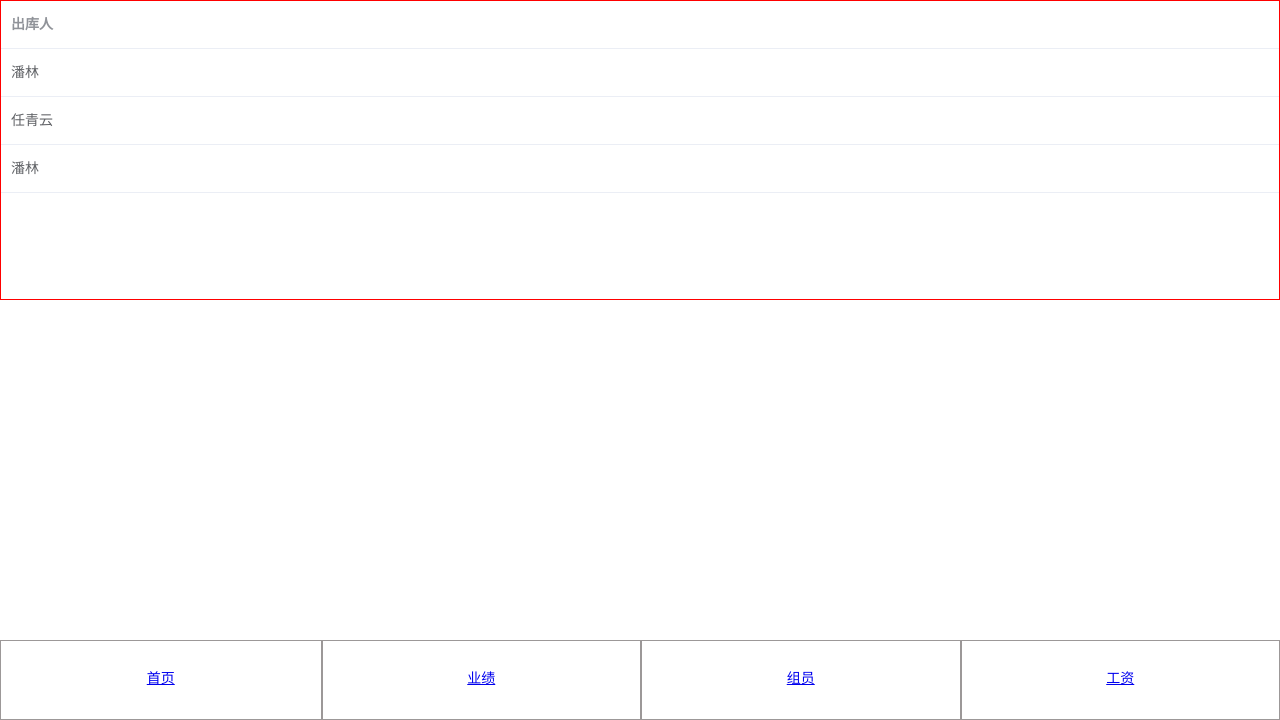
Repository: panlin520-team/lnmj-staffH5
Page: /#/performance
An editor plug-in stored every save of this project. The page is shown before and after a run of saves, followed by the edit.
The browser window is 1280 px wide. The pictures show the whole page.
The project was rebuilt for these pictures with package versions that can differ from the ones it lists, and the page was loaded fresh each time. Also part of the build but not shown: src/views/Lojin.vue.

Above is the page before, as saved 2020-04-08 15:40:38.

### src/main.js
import Vue from 'vue'
import App from './App.vue'
import router from './router'
import store from './store'
import ElementUI from 'element-ui'
import '@/assets/scss/reset.less'
import 'element-ui/lib/theme-chalk/index.css';
Vue.use(ElementUI)


Vue.config.productionTip = false

new Vue({
  router,
  store,
  render: h => h(App)
}).$mount('#app')

### src/App.vue
<template>
  <div id="app">
    <router-view />
  </div>
</template>
<script>
export default {
  data() {
    return {
    };
  },
  created() {},
  methods: {
  }
};
</script>
<style lang="less">
</style>

### src/router/index.js
import Vue from 'vue'
import VueRouter from 'vue-router'
import Lojin from '../views/Lojin.vue'

Vue.use(VueRouter)

const routes = [
  //首页登录
  {
    path: '/',
    name: 'Lojin',
    component: Lojin
  },
  //首页登录
  {
    path: '/Lojin',
    name: 'Lojin',
    component: Lojin
  },
  //用户注册
  {
    path: '/register',
    name: 'Register',
    component: () => import('../views/Register.vue')
  },
  //用户忘记密码
  {
    path: '/forgetpassword',
    name: 'Forgetpassword',
    component: () => import('../views/Forgetpassword.vue')
  },
  //登录首页
  {
    path: '/homepage',
    name: 'Homepage',
    component: () => import('../views/Homepage.vue')
  },
  //业绩
  {
    path: '/performance',
    name: 'Performance',
    component: () => import('../views/Performance.vue')
  },
  //组员
  {
    path: '/crew',
    name: 'Crew',
    component: () => import('../views/Crew.vue')
  },
  //工资
  {
    path: '/salary',
    name: 'Salary',
    component: () => import('../views/Salary.vue')
  },
]

const router = new VueRouter({
  routes
})

export default router

### src/assets/scss/reset.less
* {
  margin: 0;
  padding: 0;
}

div {
  box-sizing: border-box;
  -webkit-tap-highlight-color: rgba(0, 0, 0, 0);
  // -webkit-user-select: none;
}

img {
  border: 0;
}

ul,
ol {
  list-style: none;
}

textarea {
  // 禁止调节文本域尺寸
  resize: none;
  outline-style: none;
  -webkit-appearance: none;
}

input,
button {
  outline-style: none;
  box-sizing: border-box;
  border: none;
}

// 输入框提示文本颜色设置
input::-moz-focus-inner {
  border: 0;
}

input::-webkit-input-placeholder {
  /* WebKit browsers */
  color: #BBB;
}

input::-moz-placeholder {
  /* Mozilla Firefox 19+ */
  color: #BBB;
}

input:-ms-input-placeholder {
  /* Internet Explorer 10+ */
  color: #BBB;
}

html,
body {
  width: 100%;
  height: 100%;
}

body {
  background-color: #ffffff;
  font-family: "Helvetica Neue", Helvetica, "PingFang SC", "Hiragino Sans GB", "Microsoft YaHei", "微软雅黑", Arial, sans-serif;
  font-size: 14px;
  color: #101010;
}

#app {
  position: relative;
  width: 100%;
  height: 100%;
}

// 滚动条尺寸
div::-webkit-scrollbar {
  width: 10px;
  height: 10px;
}

// 滚动条内部方块
// div::-webkit-scrollbar-thumb {
//   border-radius: 10px;
//   box-shadow: inset 0 0 5px rgba(0, 0, 0, 0.2);
//   background: #52BD3A;
// }

// 滚动条轨道
// div::-webkit-scrollbar-track {
//   box-shadow: inset 0 0 5px rgba(0, 0, 0, 0.2);
//   border-radius: 10px;
//   background: rgba(0, 0, 0, 0.1);
// }

.topBand {
  width: 100%;
  height: 80px;
  background: #23A547;
  display: flex;
  position: fixed;
  top: 0;
  left: 0;
  z-index: 100;
}

.container {
  display: flex;
  background: #ffffff;
  padding-top: 80px;
  z-index: 99;
  height: 100%;

  .aside {
    width: 200px;
    min-width: 200px;
    overflow: hidden;
    white-space: nowrap;
    text-overflow: ellipsis;
    position: fixed;
    top: 80px;
    bottom: 0;
    left: 0;
  }

  .main {
    flex: 1;

    &.active {
      padding-left: 200px;
    }
  }
}

.footer {
  height: 80px;
  background: #23A547;
}

.scrollX {
  overflow-x: auto;
  overflow-y: hidden;
}

.scrollY {
  overflow-x: hidden;
  overflow-y: auto;
  width: 100%;
}

.popPage {
  position: fixed;
  top: 0;
  left: 0;
  width: 100%;
  height: 100%;
  padding: 20px;
  z-index: 100;
  background-color: #ffffff;
}

.nowrap {
  overflow: hidden;
  white-space: nowrap;
  text-overflow: ellipsis;
}

.btn-pointer {
  cursor: pointer;
}

### src/views/Performance.vue
 <!--业绩-->
<template>
  <div class="performance">
    <div class="clienList">
      <el-table :data="tableData_enterpurchase" style="width: 100%">
        <el-table-column label="出库人">
          <template slot-scope="scope">
            <div slot="reference" class="name-wrapper">{{ scope.row.createOperator }}</div>
          </template>
        </el-table-column>
        <!-- <el-table-column label="采购订单号">
          <template slot-scope="scope">
            <span>{{ scope.row.outStorageNumber }}</span>
          </template>
        <el-table-column label="操作">
          <template slot-scope="scope">
            <el-button size="mini" @click="showPopOver(scope.row)">查看</el-button>
          </template>
        </el-table-column> -->
      </el-table>
    </div>
    <!-- 底部导航 -->
    <div class="switchoverBtn">
      <Btnnavigation></Btnnavigation>
    </div>
  </div>
</template>

<script>
//引入模块
import Btnnavigation from "@/components/Btnnavigation.vue";
export default {
  name: "performance",
  components: { Btnnavigation },
  data() {
    return {
        //业绩数据
        tableData_enterpurchase:[
            {
                createOperator: "潘林",
                outStorageNumber: "456465"
            },
            {
                createOperator: "任青云",
                outStorageNumber: "3677843"
            },
            {
                createOperator: "潘林",
                outStorageNumber: "456465"
            },
        ],
    };
  },
  created() {},
  methods: {
      //
      showPopOver(){
      }
  }
};
</script>

<style lang="less" scoped>
.performance {
  width: 100%;
  height: 100%;
  position: relative;
  .clienList{
      width: 100%;
      height: 300px;
      border: 1px solid red;
  }
  .switchoverBtn {
    position: absolute;
    bottom: 0;
    width: 100%;
    height: 80px;
    z-index: 999;
  }
}
</style>

### src/components/Btnnavigation.vue
 <!--底部导航-->
<template>
  <div class="btnnavigation">
    <!-- <div class="somenavigation">
      <div class="navitnew">
      <router-link to="/homepage">首页</router-link>
      </div>
    </div>-->
    <router-link class="somenavigation" to="/homepage">
      <div class="navitnew">首页</div>
    </router-link>

    <div class="somenavigation">
      <div class="navitnew">
        <router-link to="/Performance">业绩</router-link>
      </div>
    </div>
    <div class="somenavigation">
      <div class="navitnew">
        <router-link to="/crew">组员</router-link>
      </div>
    </div>
    <div class="somenavigation">
      <div class="navitnew">
        <router-link to="/salary">工资</router-link>
      </div>
    </div>
  </div>
</template>

<script>
export default {
  name: "btnnavigation",
  components: {},
  data() {
    return {};
  },
  created() {},
  methods: {}
};
</script>

<style lang="less" scoped>
.btnnavigation {
  width: 100%;
  height: 100%;
  display: flex;
  .somenavigation {
    width: 25%;
    border: 1px solid rgb(156, 152, 152);
    .navitnew {
      text-align: center;
      line-height: 75px;
    }
  }
}
</style>

Loaded but not shown: public/index.html (common file); src/store/index.js (common file)

After the next 2 saves:
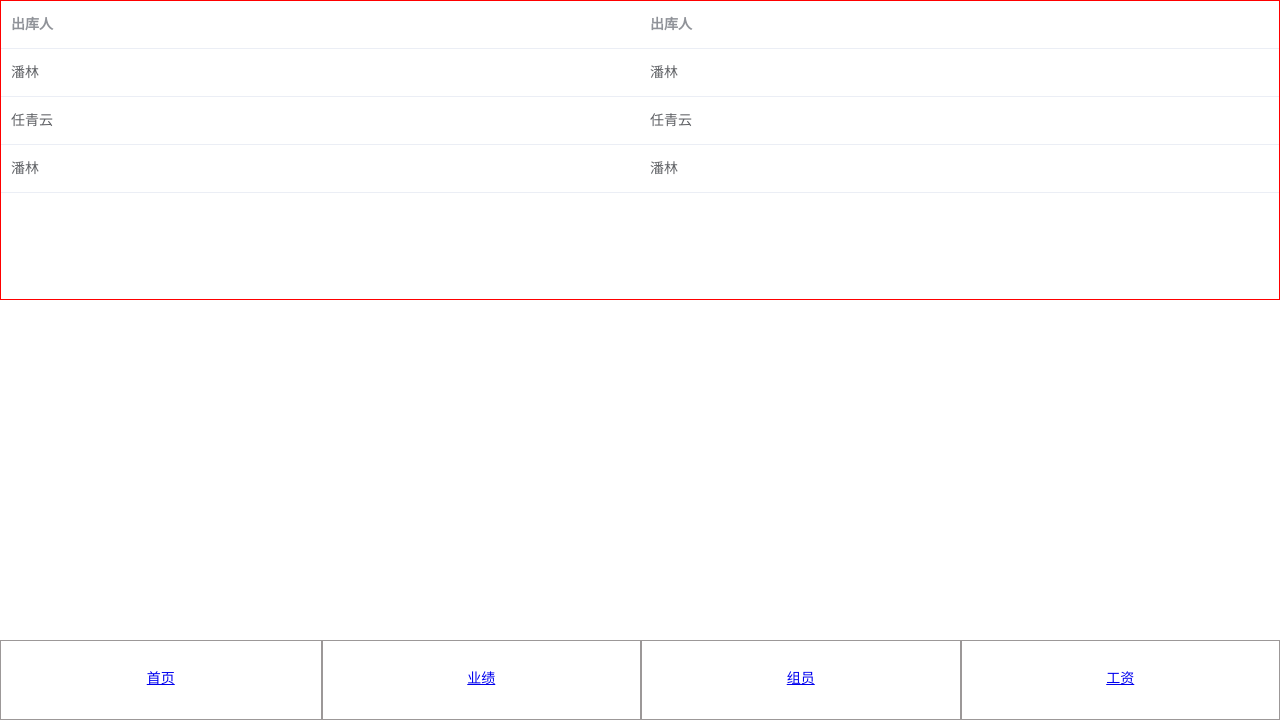
The 2 saves are shown as one change because they came seconds apart.
The last was saved 6 s later.
--- a/src/views/Performance.vue
+++ b/src/views/Performance.vue
@@ -3,6 +3,11 @@
   <div class="performance">
     <div class="clienList">
       <el-table :data="tableData_enterpurchase" style="width: 100%">
+        <el-table-column label="出库人">
+          <template slot-scope="scope">
+            <div slot="reference" class="name-wrapper">{{ scope.row.createOperator }}</div>
+          </template>
+        </el-table-column>
         <el-table-column label="出库人">
           <template slot-scope="scope">
             <div slot="reference" class="name-wrapper">{{ scope.row.createOperator }}</div>
